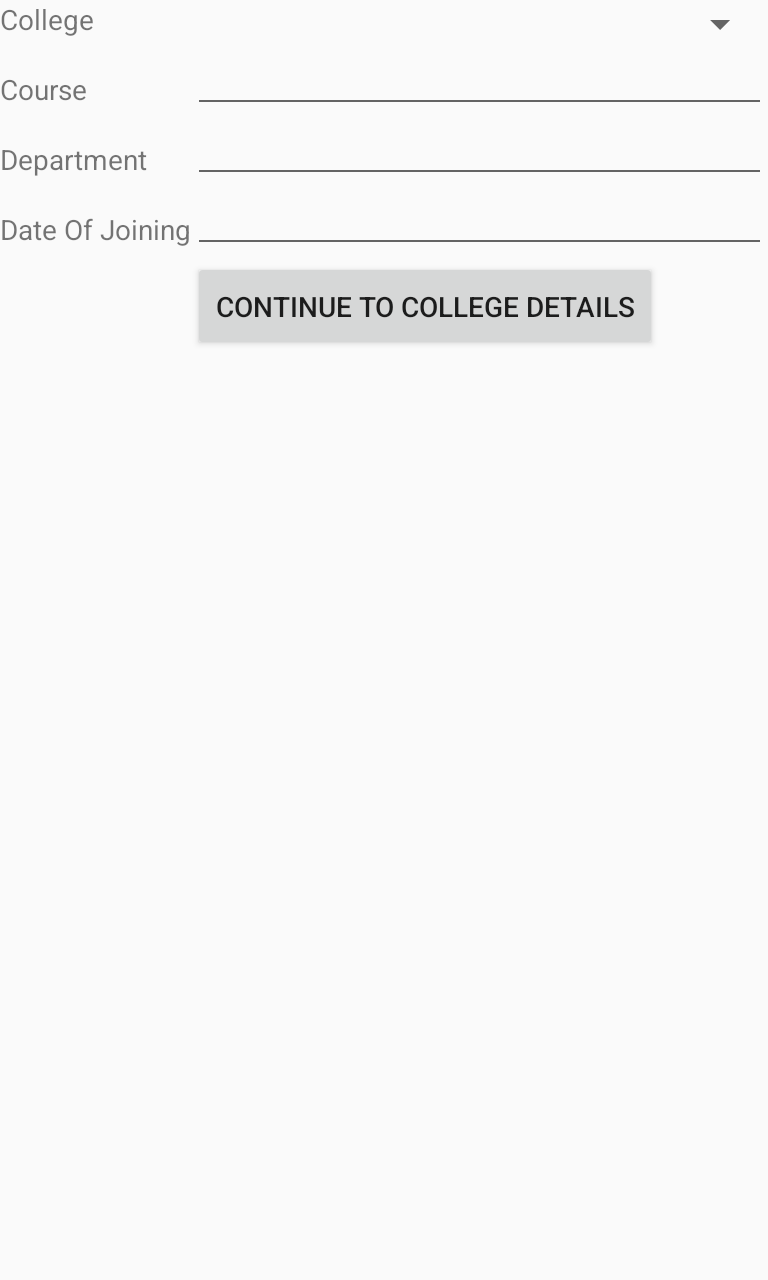
Repository: Prasannakumarb/CollegeMate
Layout: CollegeMate/CollegeMate/res/layout/activity_student_collegeregistration.xml
An editor plug-in stored every save of this project. The layout is shown before and after the next save, followed by the edit.
It is drawn on a 768 x 1280 px phone screen (xhdpi) without system bars, with theme AppTheme; the app's code is not run.

Above is the layout before, as saved 2014-06-25 18:44:12.

### CollegeMate/CollegeMate/res/layout/activity_student_collegeregistration.xml
<FrameLayout xmlns:android="http://schemas.android.com/apk/res/android"
    xmlns:tools="http://schemas.android.com/tools"
    android:id="@+id/container"
    android:layout_width="match_parent"
    android:layout_height="match_parent"
    tools:context="com.fyshadows.collegemate.RegistrationAdmin"
    tools:ignore="MergeRootFrame" >

    <LinearLayout
        android:layout_width="match_parent"
        android:layout_height="match_parent" >

        <LinearLayout
            android:layout_width="wrap_content"
            android:layout_height="match_parent"
            android:orientation="vertical" >

            <TextView
                android:id="@+id/Name"
                android:layout_width="wrap_content"
                android:layout_height="35dp"
                android:text="@string/college" />

            <TextView
                android:id="@+id/email"
                android:layout_width="wrap_content"
                android:layout_height="35dp"
                android:text="@string/course" />

            <TextView
                android:id="@+id/DOB"
                android:layout_width="wrap_content"
                android:layout_height="35dp"
                android:text="@string/dept" />

            <TextView
                android:id="@+id/sex"
                android:layout_width="wrap_content"
                android:layout_height="35dp"
                android:text="@string/yoj" />






        </LinearLayout>

        <LinearLayout
            android:layout_width="wrap_content"
            android:layout_height="match_parent"
            android:layout_weight="0.46"
            android:orientation="vertical" >

            <Spinner android:id="@+id/spincollege"
        android:layout_width="fill_parent"
        android:layout_height="wrap_content"/>

            <EditText
                android:id="@+id/editText_email"
                android:layout_width="match_parent"
                android:layout_height="35dp"
                android:inputType="textEmailAddress" >
            </EditText>

            <EditText
                android:id="@+id/editText_age"
                android:layout_width="match_parent"
                android:layout_height="35dp"
                android:inputType="phone"
                >
            </EditText>



            <EditText
                android:id="@+id/editText_phone"
                android:layout_width="match_parent"
                android:layout_height="35dp"
                android:inputType="phone" >
            </EditText>



            <Button
                android:id="@+id/Registeradmin"
                android:layout_width="wrap_content"
                android:layout_height="wrap_content"
                android:onClick="register"
                android:text="@string/Registeradmin" />

        </LinearLayout>
    </LinearLayout>

</FrameLayout>

### CollegeMate/CollegeMate/res/values/strings.xml
<?xml version="1.0" encoding="utf-8"?>
<resources>

    <!-- App settings -->
    <string name="app_name">CollegeMate</string>
    <string name="action_settings">Settings</string>
    <string name="not_name">CollegeMate</string>

    <!-- Identification Screen -->
    <string name="Identify">Tell us your Role!</string>
    <string name="admin">ADMIN</string>
    <string name="student">STUDENT</string>

    <!-- Title -->
    <string name="Homescreen">Home</string>
    <string name="Friendlist">My Friends</string>

    <!-- Registration Screen -->
    <string name="title_activity_registration_admin">RegistrationAdmin</string>
    <string name="name">NAME</string>
    <string name="email">EMAIL</string>
    <string name="sex">SEX</string>
    <string name="dob">DOB</string>
    <string name="phone">Phone Number</string>
    <string name="Registeradmin">Continue to college details</string>
    <string name="selectPic">Select Picture</string>
    <string name="Browse">Browse</string>
    <string name="male">Male</string>
    <string name="female">Female</string>
    <string name="cityin">City In</string>

    <color name="BG">#d2d0cd</color>
    <color name="darkgrey">#C0C0C0</color>
    <color name="TopStrip">#C1BEB9</color>
    <color name="TopStripborder">#4d4747</color>

    <!-- college Registration -->
    <string name="title_activity_admin_collegeregistraton">AdminCollegeregistraton</string>
    <string name="collname">College Name</string>
    <string name="collcity">College City</string>
    <string name="collegephonenumber">College Phone number</string>
    <string name="collegeemailid">College Email ID</string>
    <string name="collegewebsite">College Website</string>
    <string name="selectLogo">Select Logo</string>
    <string name="Registercollege">Register college</string>
    <string name="title_activity_admin_home">Admin Home</string>
    <string name="imagedesc">Profile Pic</string>
    <string name="drawer_open">Open</string>
    <string name="drawer_close">Close</string>
    <string name="title_activity_admin_home_screen">Admin_home_screen</string>
    <string name="hello_world">Hello world!</string>

    <!-- GCM -->

    <string name="menu_settings">Settings</string>
    <string name="title_activity_main">Push Notifications</string>
    <string name="error_config">Please set the %1$s constant and recompile the app.</string>
    <string name="already_registered">Device is already registered on server.</string>
    <string name="gcm_registered">From GCM: device successfully registered!</string>
    <string name="gcm_unregistered">From GCM: device successfully unregistered!</string>
    <string name="gcm_message">From GCM: you got message!</string>
    <string name="gcm_error">From GCM: error (%1$s).</string>
    <string name="gcm_recoverable_error">From GCM: recoverable error (%1$s).</string>
    <string name="gcm_deleted">From GCM: server deleted %1$d pending messages!</string>
    <string name="server_registering">Trying (attempt %1$d/%2$d) to register device on Demo Server.</string>
    <string name="server_registered">From Demo Server: successfully added device!</string>
    <string name="server_unregistered">From Demo Server: successfully removed device!</string>
    <string name="server_register_error">Could not register device on Demo Server after %1$d attempts.</string>
    <string name="server_unregister_error">Could not unregister device on Demo Server (%1$s).</string>
    <string name="options_register">Register</string>
    <string name="options_unregister">Unregister</string>
    <string name="options_clear">Clear</string>
    <string name="options_exit">Exit</string>
    <string name="title_activity_chat">ChatActivity</string>

    <!-- Chat activity -->
    <string name="main_empty_list">There is no recent conversation, write new message to start one.</string>

    <color name="Mytextcolor">#FFD700</color>
    <color name="Histextcolor">#7CFC00</color>
    <color name="textcolor">#000000</color>
    <color name="textFieldColor">#000</color>
    <color name="textShadow">#FFF</color>
    <color name="listViewBg">#DADFEE</color>
    <color name="sendLightColor">#8897BF</color>
    <color name="sendMeduimColor">#5D6CA5</color>
    <color name="sendDarkColor">#515F9F</color>
    <color name="barDarkColor">#CECECE</color>
    <color name="barMeduimColor">#DFDEE0</color>
    <color name="barLightColor">#F2F2F2</color>

    <string name="title_activity_message">MessageActivity</string>
    <string name="title_activity_friend_list">FriendList</string>
    <string name="title_activity_basic_home_screen">BasicHomeScreen</string>
    <string name="Welcomemsg">Welcome to CollegeMate. </string>
    <string name="quote"> We Connect people to Built FUTURE :).</string>
    <string name="Chattext"> CHAT</string>
    <string name="title_activity_friend_listview">FriendListview</string>
    <string name="title_section1">Section 1</string>
    <string name="title_section2">Section 2</string>
    <string name="title_section3">Section 3</string>
    <string name="SearchFriend">Search Friends</string>
    <string name="title_activity_registration_student">RegistrationStudent</string>
    <string name="title_activity_student_collegeregistration">StudentCollegeregistration</string>

 <!-- Chat activity -->
 <string name="college">College</string>
    <string name="course">Course</string>
    <string name="dept">Department</string>
    <string name="yoj">Date Of Joining</string>

</resources>

Loaded but not shown: CollegeMate/CollegeMate/res/values/styles.xml (common file); CollegeMate/CollegeMate/res/values-v11/styles.xml (common file); CollegeMate/CollegeMate/res/values-v14/styles.xml (common file)

After the next save:
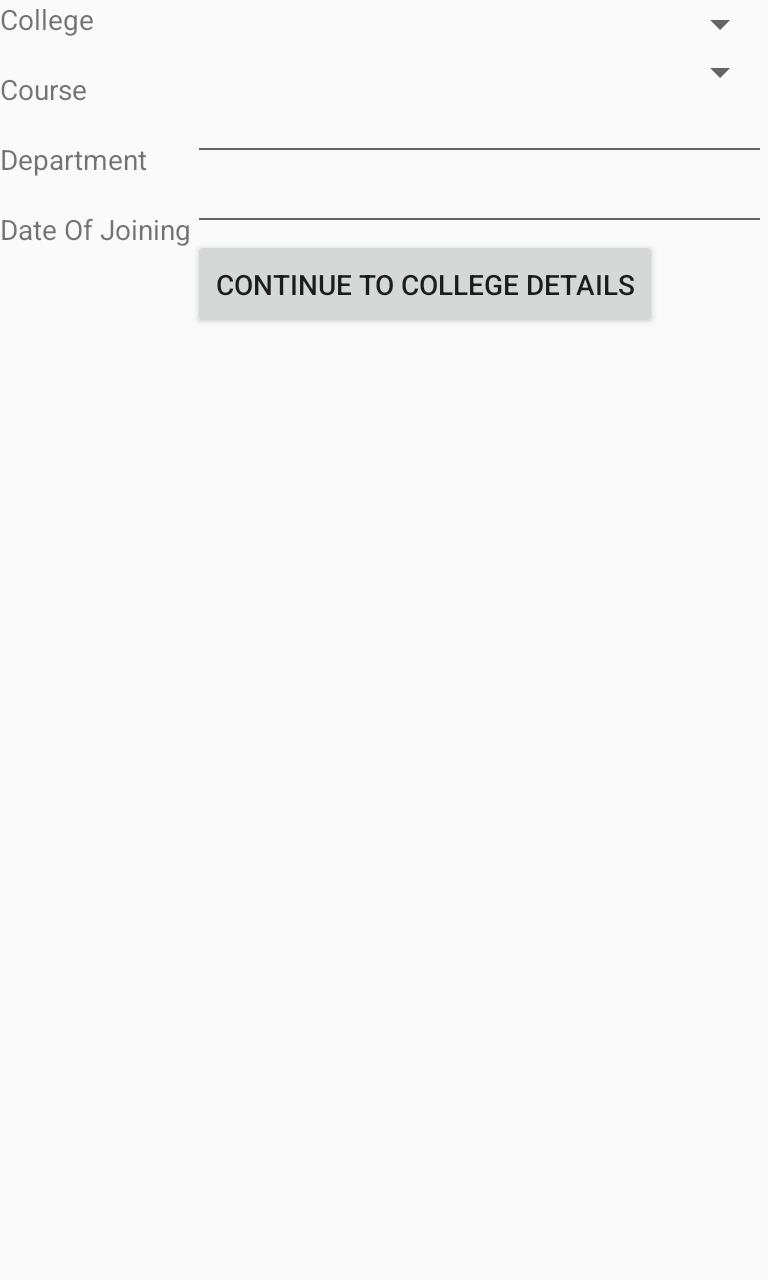
Saved 42 min 35 s later.
--- a/CollegeMate/CollegeMate/res/layout/activity_student_collegeregistration.xml
+++ b/CollegeMate/CollegeMate/res/layout/activity_student_collegeregistration.xml
@@ -56,12 +56,9 @@
         android:layout_width="fill_parent"
         android:layout_height="wrap_content"/>
 
-            <EditText
-                android:id="@+id/editText_email"
-                android:layout_width="match_parent"
-                android:layout_height="35dp"
-                android:inputType="textEmailAddress" >
-            </EditText>
+              <Spinner android:id="@+id/spincourse"
+        android:layout_width="fill_parent"
+        android:layout_height="wrap_content"/>
 
             <EditText
                 android:id="@+id/editText_age"
